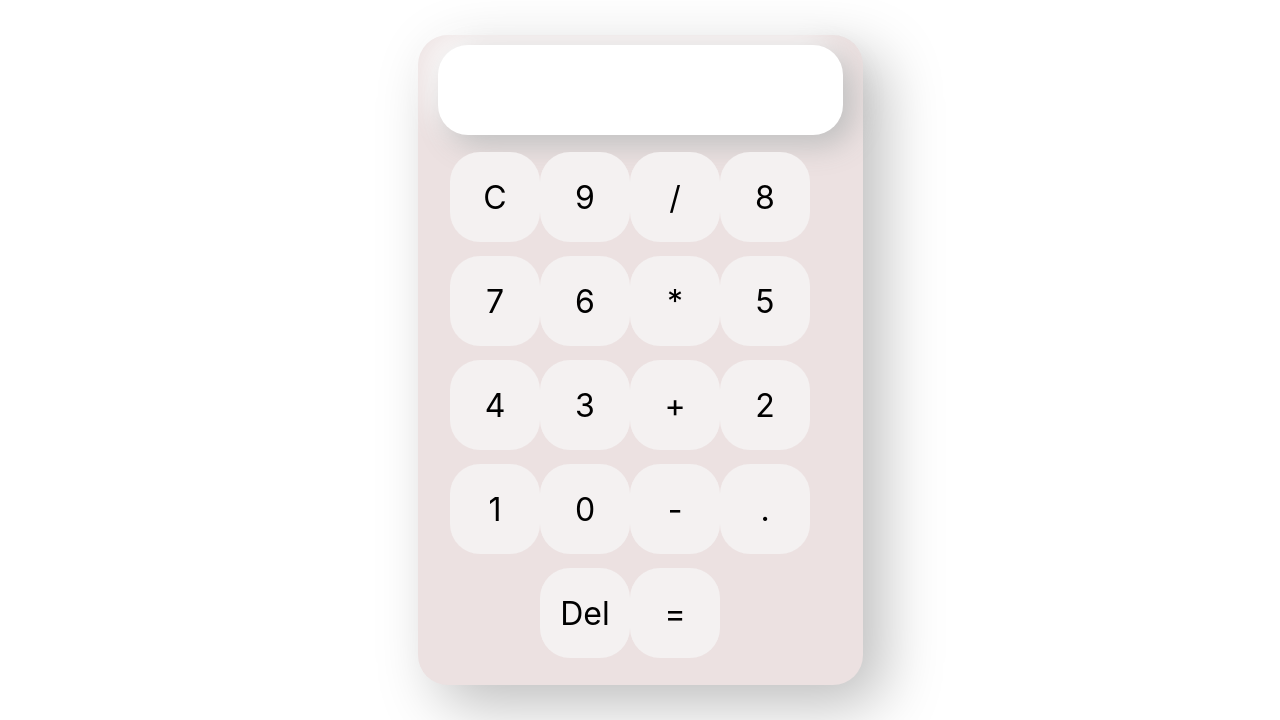
Repository: janidulnkg1/react-prac
Page: / (app in calculator/)
An editor plug-in stored every save of this project. The page is shown before and after the next save, followed by the edit.
The browser window is 1280 px wide. The pictures show the whole page.
The project was rebuilt for these pictures with package versions that can differ from the ones it lists, and the page was loaded fresh each time. Also part of the build but not shown: calculator/src/App.css.

Above is the page before, as saved 2023-09-15 11:08:32.

After the next save:
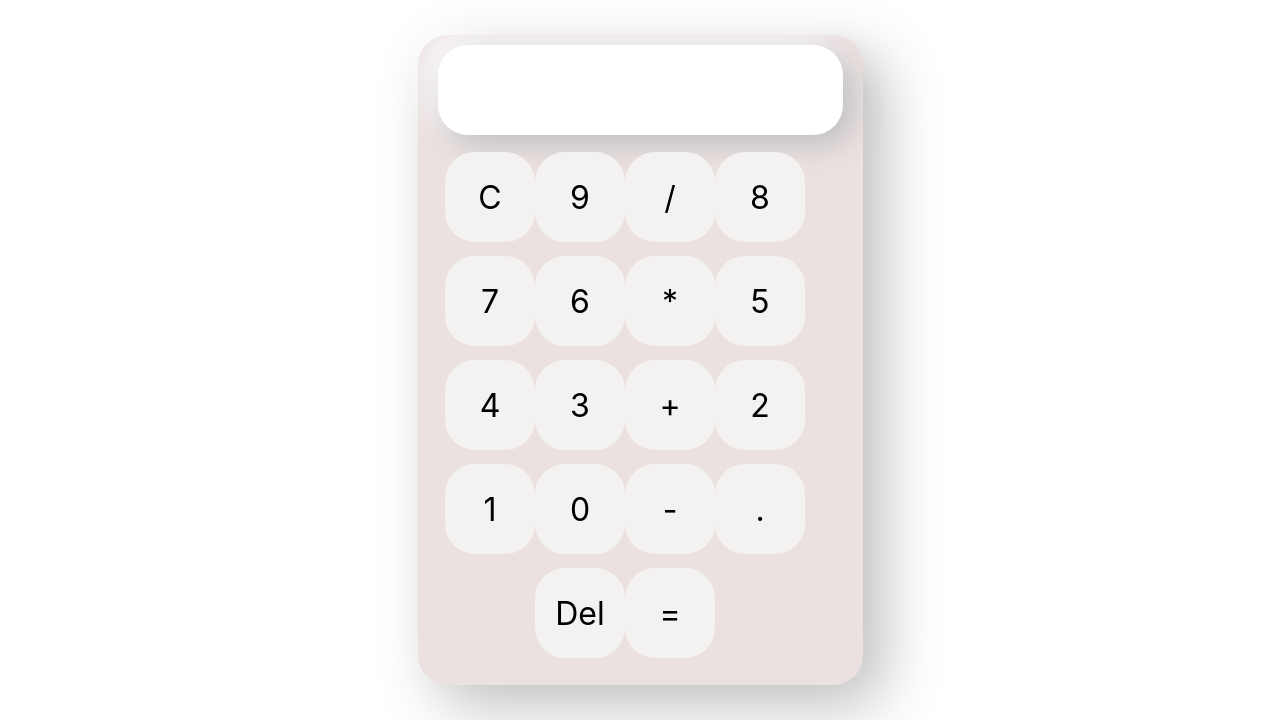
Saved 5 s later.
--- a/calculator/src/components/Home.module.css
+++ b/calculator/src/components/Home.module.css
@@ -46,7 +46,7 @@
 
 .btns{
     height: 520px;
-    width: 425px;
+    width: 415px;
     display: flex;
     flex-flow: row wrap;
     justify-content: center;
